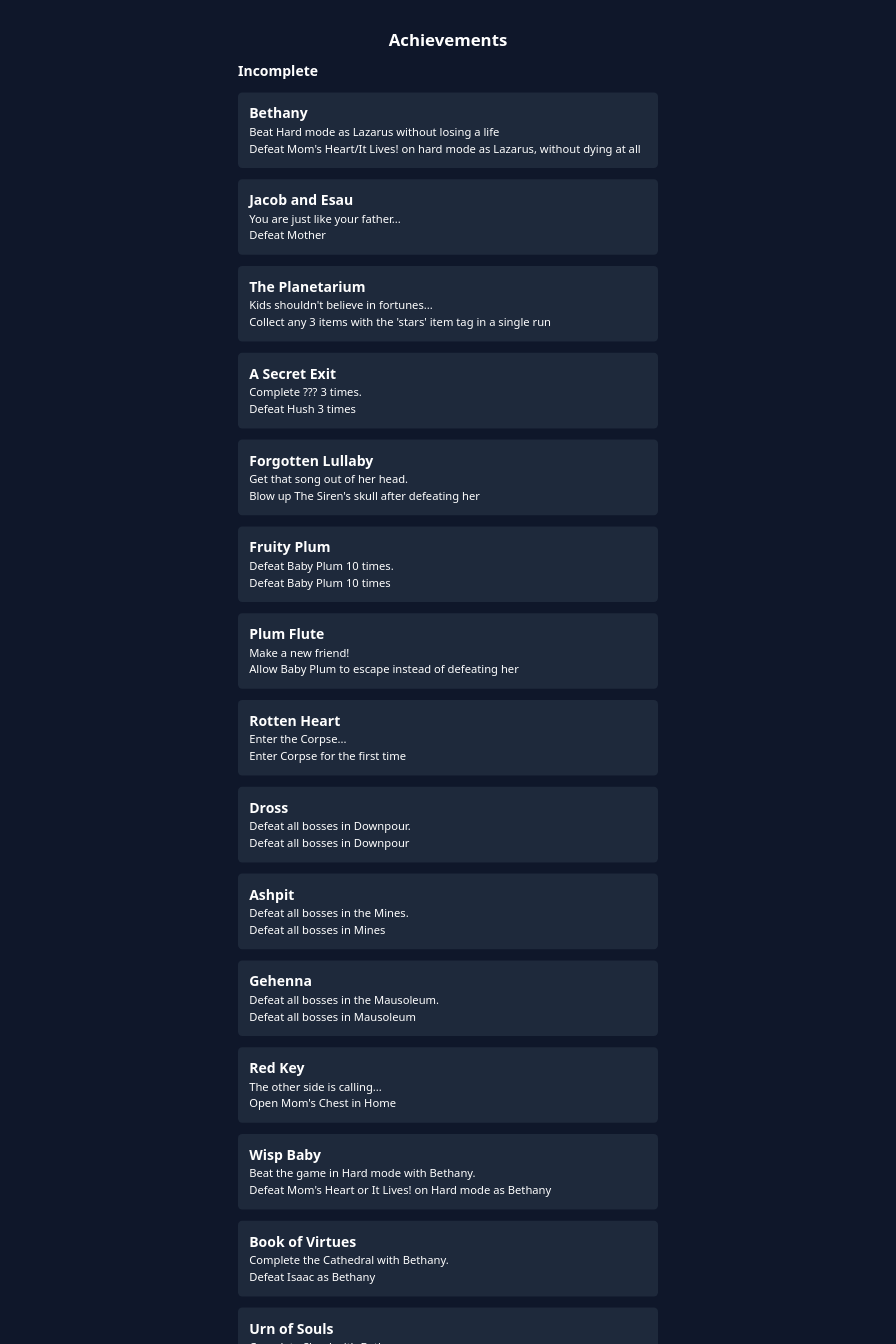
Repository: x9751/binding_of_issac_achivment_checklist
Page: /
An editor plug-in stored every save of this project. The page is shown before and after the next save, followed by the edit.
The browser window is 1280 px wide. The pictures show the part of the page from y = 0 to 1920 px (the page is 86392 px tall), at 70% of full size.
The project was rebuilt for these pictures with package versions that can differ from the ones it lists, and the page was loaded fresh each time. Also part of the build but not shown: vite.config.ts.

Above is the page before, as saved 2024-07-22 22:47:52.

### index.html
<!doctype html>
<html lang="en">
  <head>
    <meta charset="UTF-8" />
    <link rel="icon" type="image/png" href="/fcb1e0e6a0485fbe027cd4ce0bdb979a.png" />
    <meta name="viewport" content="width=device-width, initial-scale=1.0" />
    <title>Vite + Preact + TS</title>
  </head>
  <body>
    <div id="app"></div>
    <script type="module" src="/src/main.tsx"></script>
  </body>
</html>

### src/app.tsx
type Achievement = {
	Name: string;
	Description: string;
	Unlock: string;
	index: number;
  completed?: boolean;
};
import { useState } from "preact/hooks";
import achievements from "./assets/binding_of_issac_achivments.json";



export function App() {
  const [incompleteOpen, setIncompleteOpen] = useState(true);
  const [completedOpen, setCompletedOpen] = useState(true);
  const [incompleteAchievements, setIncompleteAchievements] = useState<Achievement[]>(achievements);
  const [completedAchievements, setCompletedAchievements] = useState<Achievement[]>([]);



	return (
		<main className="bg-slate-900 text-white min-h-screen flex flex-col">
			<div className="container mx-auto px-4 sm:px-6 lg:px-8">
				<div className="flex items-center justify-center mt-10">
					<h1 className="text-2xl font-bold">Achievements</h1>
				</div>
        <div className="flex flex-col gap-4 mt-4 max-w-[600px] mx-auto ">
          <h2 className="text-xl font-bold">Incomplete</h2>
        </div>
				<div className="flex flex-col gap-4 mt-4 max-w-[600px] mx-auto">
					{incompleteOpen && incompleteAchievements.map((achievement: Achievement) => (
						<div
							key={achievement.index}
							className="bg-slate-800 p-4 rounded-md"
						>
							<h2 className="text-xl font-bold">{achievement.Name}</h2>
							<p>{achievement.Description}</p>
							<p>{achievement.Unlock}</p>
						</div>
					))}
				</div>
        <div className="flex flex-col gap-4 mt-4 max-w-[600px] mx-auto ">
          <h2 className="text-xl font-bold">Completed</h2>
        </div>
				<div className="flex flex-col gap-4 mt-4 max-w-[600px] mx-auto ">
					{completedOpen && completedAchievements.map((achievement: Achievement) => (
						<div
							key={achievement.index}
							className="bg-slate-800 p-4 rounded-md"
						>
							<h2 className="text-xl font-bold">{achievement.Name}</h2>
						</div>
					))}
				</div>
			</div>
		</main>
	);
}

Loaded but not shown: src/main.tsx (common file); src/index.css (common file); tailwind.config.js (common file); src/assets/binding_of_issac_achivments.json (4190 lines, source omitted)

After the next save:
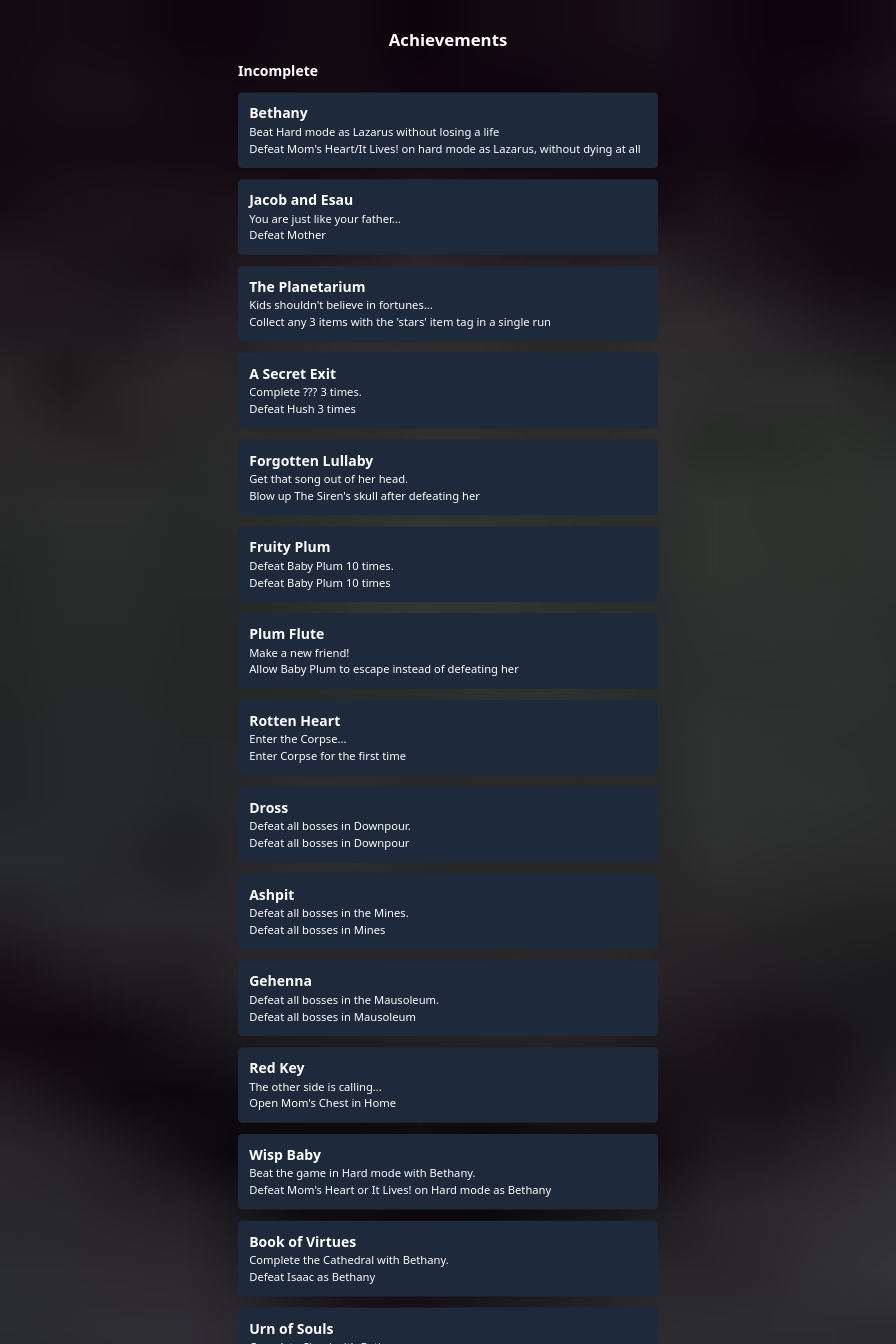
Saved 101 s later.
--- a/src/app.tsx
+++ b/src/app.tsx
@@ -19,7 +19,7 @@
 
 
 	return (
-		<main className="bg-slate-900 text-white min-h-screen flex flex-col">
+		<main className="bg-slate-900 text-white min-h-screen flex flex-col bg-[url('/background.webp')] bg-cover bg-center">
 			<div className="container mx-auto px-4 sm:px-6 lg:px-8">
 				<div className="flex items-center justify-center mt-10">
 					<h1 className="text-2xl font-bold">Achievements</h1>
